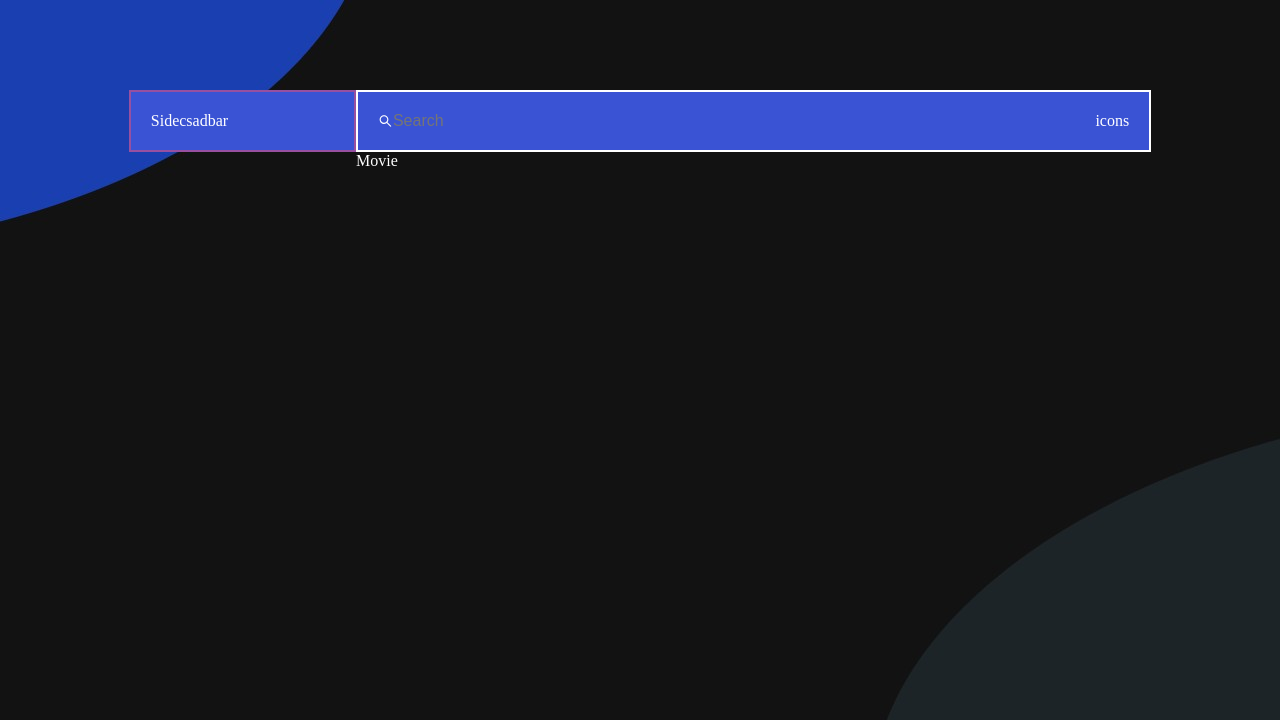
Repository: DevLaukey/movie-task
Page: /
These files come from the project's save history. The page is drawn as it stood at one moment and after the next save; the edit follows.
The browser window is 1280 px wide. The pictures show the whole page.
The project was rebuilt for these pictures with package versions that can differ from the ones it lists, and the page was loaded fresh each time. Also part of the build but not shown: src/components/Body/Movies.css.

Above is the page before, as saved 2022-06-15 13:18:08.

After the next save:
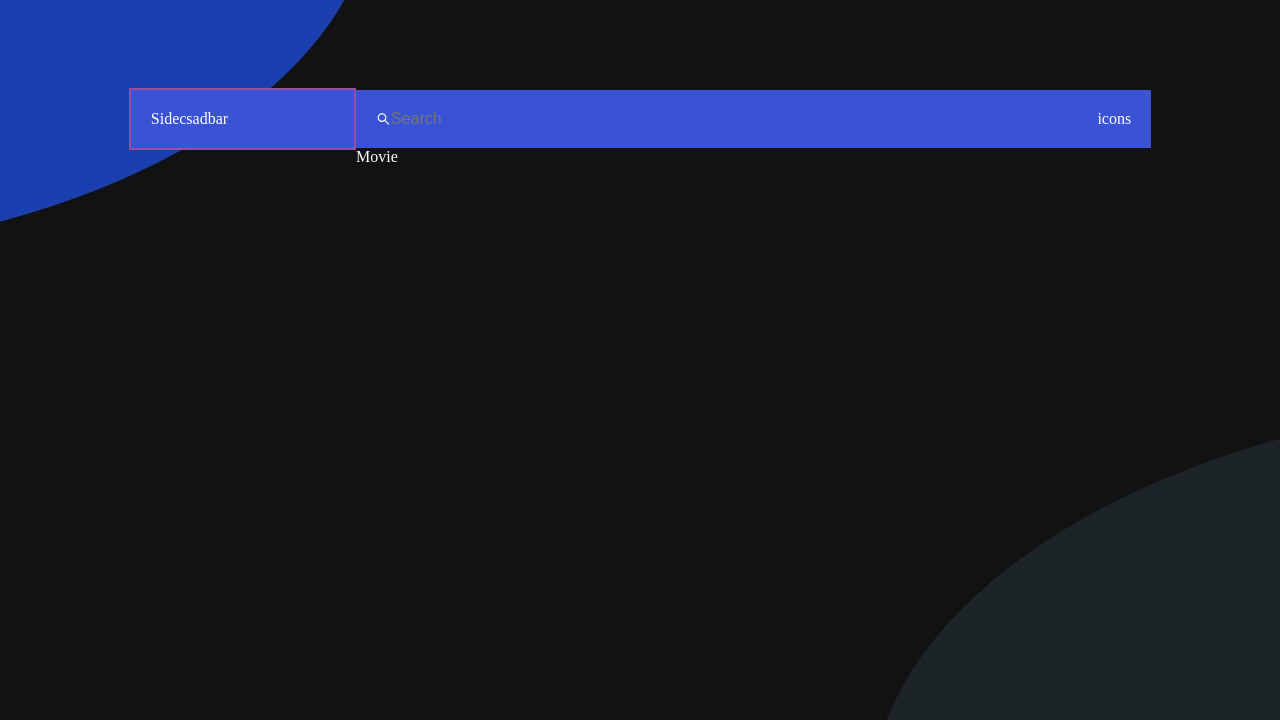
Saved 12 s later.
--- a/src/components/Body/Nav/Nav.css
+++ b/src/components/Body/Nav/Nav.css
@@ -5,7 +5,6 @@
     margin-top:18px;
     align-items: center;
     padding: 20px 20px;
-    border: 2px solid #fff;
     background-color: #3a53d4;
 }
 .nav__search{
